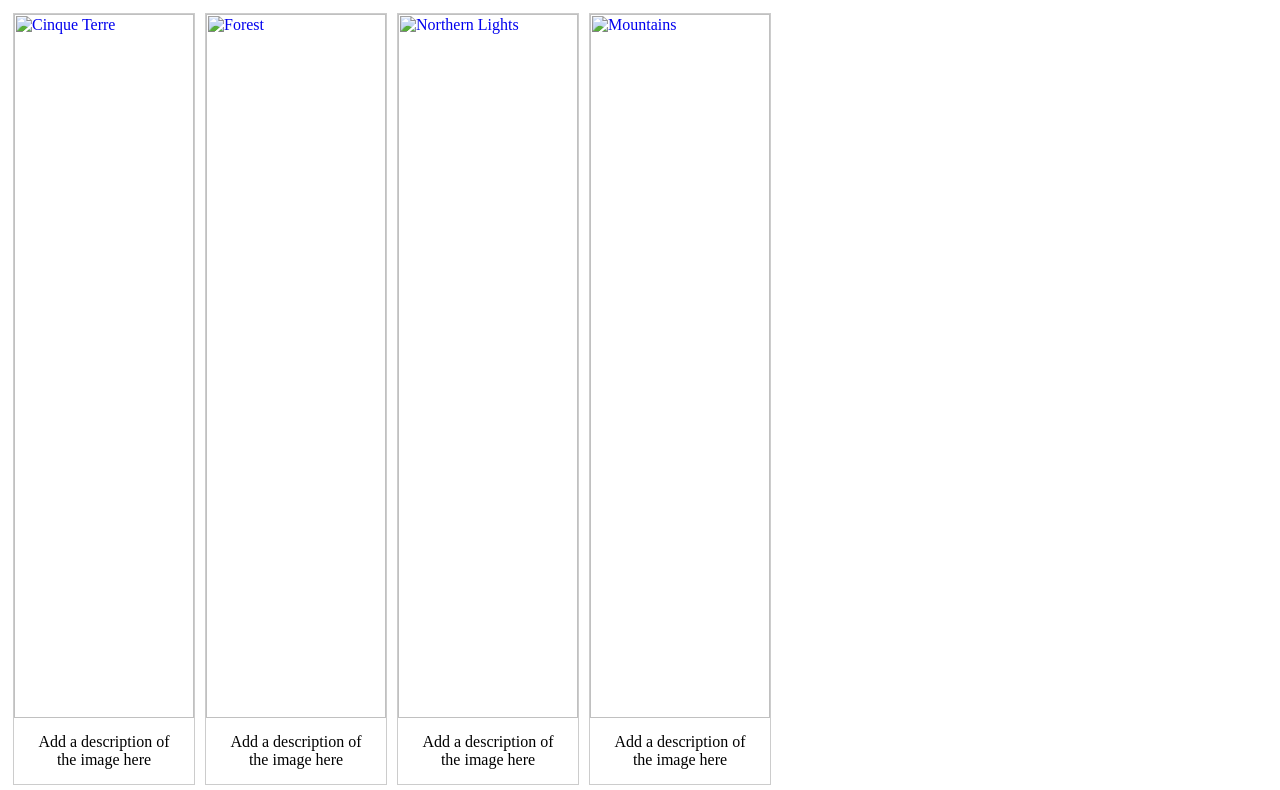
Repository: vichubenzene/-MWin_ui
Page: main.html
These files come from the project's save history. The page is drawn as it stood at one moment and after the next save; the edit follows.
The browser window is 1280 px wide. The pictures show the whole page.

Above is the page before, as saved 2022-10-09 11:34:12.
Not found: img_5terre.jpg
Not found: img_forest.jpg
Not found: img_lights.jpg

After the next save:
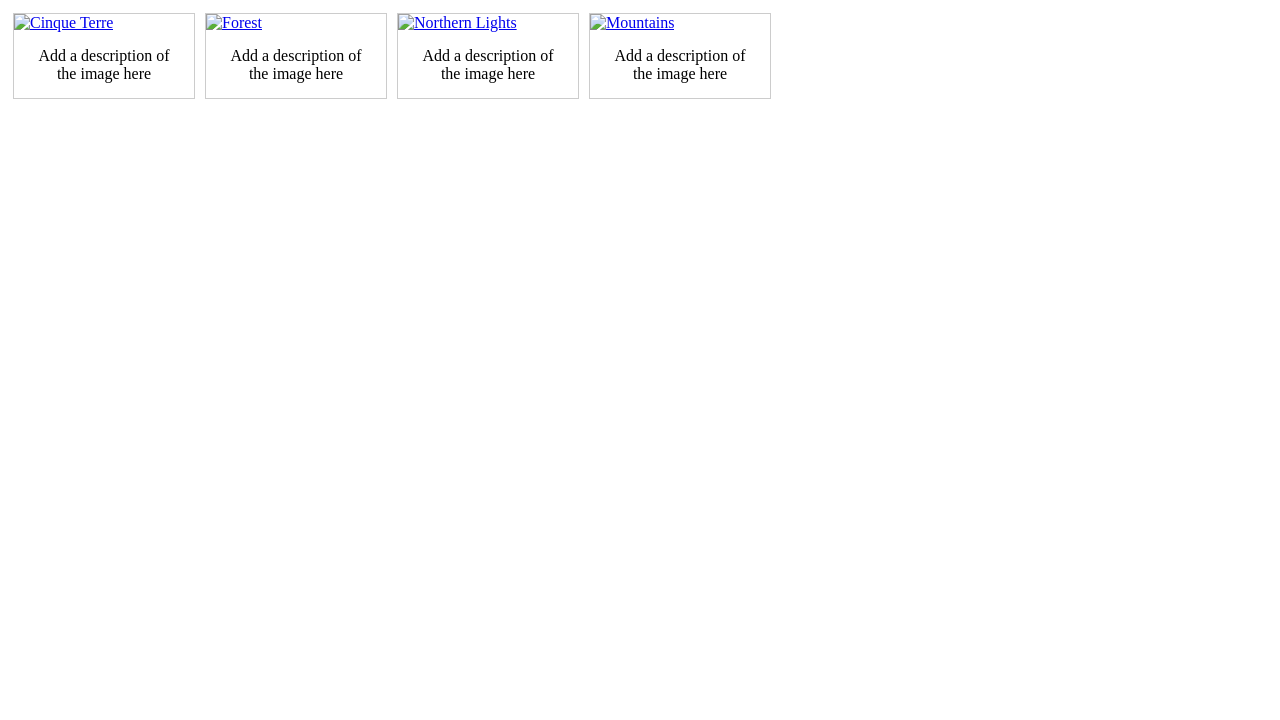
Saved 27 s later.
--- a/main.html
+++ b/main.html
@@ -1,57 +1,4 @@
-<!-- <!DOCTYPE html>
-<html lang="en">
-
-<head>
-    <meta charset="UTF-8">
-    <meta name="viewport" content="width=device-width, initial-scale=1.0">
-    <meta http-equiv="X-UA-Compatible" content="ie=edge">
-    <title>Checkbox</title>
-    <style>
-        .column {
-            float: center;
-            padding: 5px;
-            width: 100%;
-            height: 100%;
-        }
-        /* Clear floats after image containers */
-
-        .row::after {
-            content: "";
-            clear: both;
-            display: table;
-        }
-    </style>
-</head>
-
-<body>
-
-    <div class="row">
-        <div class="column">
-            <img src="images/834538140450160661.png" alt="Snow" style="padding: 5px">
-            <img src="images/834541394987057242.png" alt="Snow" style="padding: 5px">
-            <img src="images/834535415628562442 (1).png" alt="Snow" style=" padding: 5px">
-        </div>
-    </div>
-    <br>
-    <div class="row">
-        <div class="column">
-            <img src="images/834541395074613248.png" alt="Snow" style="padding: 5px">
-            <img src="images/834541395930251336.png" alt="Snow" style="padding: 5px">
-            <img src="images/834541395749371916.png" alt="Snow" style="padding: 5px">
-
-        </div>
-    </div>
-    <br>
-    <div class="row">
-        <div class="column">
-            <img src="images/834541395749371916.png" alt="Snow" style="padding: 5px">
-            <img src="images/834535415628562442 (1).png" alt="Snow" style="padding: 5px">
-            <img src="images/834541394987057242.png" alt="Snow" style="padding: 5px">
-        </div>
-    </div>
-</body>
-
-</html> -->
+<!DOCTYPE html>
 <html>
 
 <head>
